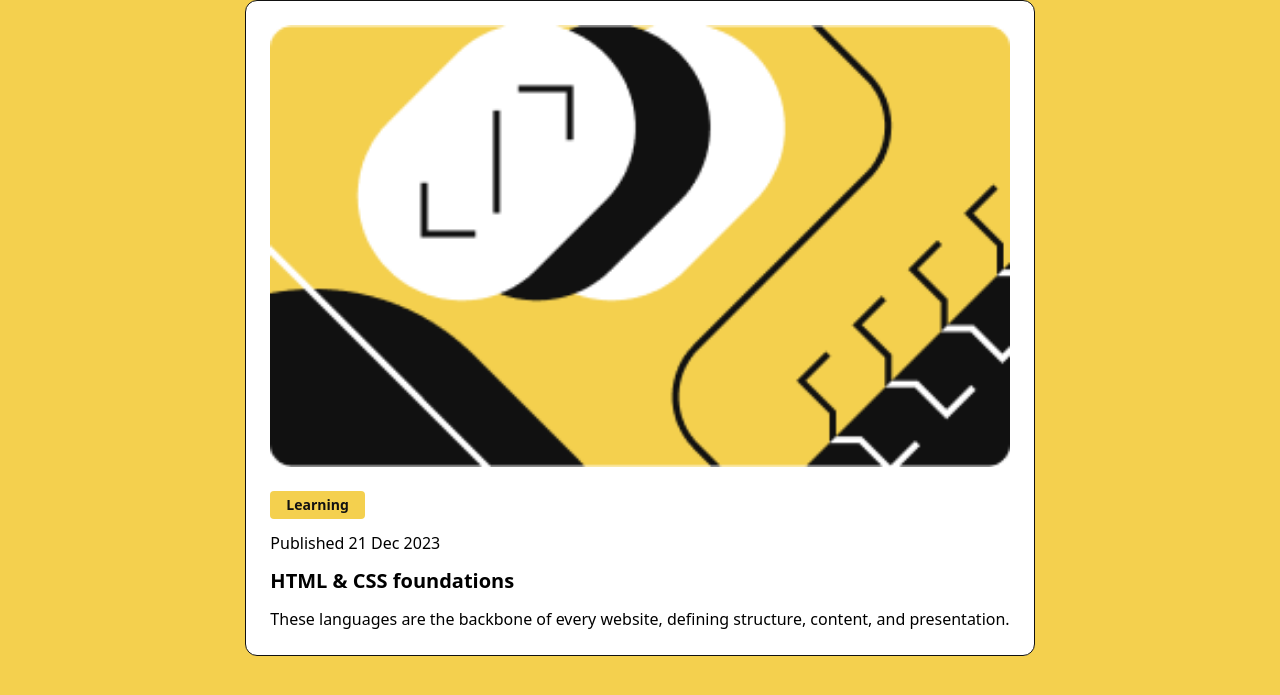
Repository: orcunelektirikci/fe-mentor-blogprev
Page: index.html
An editor plug-in stored every save of this project. The page is shown before and after a run of saves, followed by the edit.
The browser window is 1280 px wide. The pictures show the whole page.
Some web libraries are served in a nearby version.

Above is the page before, as saved 2024-04-12 16:54:35.

### index.html
<!DOCTYPE html>
<html lang="en">
<head>
    <meta charset="UTF-8">
    <meta name="viewport" content="width=device-width, initial-scale=1.0">
    <title>Blog Preview</title>
    <link rel="stylesheet" href="assets/css/style.css">
    <script src="https://cdn.tailwindcss.com"></script>

</head>
<body class="bg-yellow flex items-center justify-center">

    <div class="bg-white border-[1px] rounded-xl border-black p-6 flex flex-col space-y-6">
        <img src="assets/img/blogimage.png" alt="">
        <div class="space-y-3">
            <button class="bg-yellow rounded font-semibold text-black text-sm py-1 px-4 max-w-min" type="button">Learning</button>
            <p class="text-md">Published 21 Dec 2023</p>
            <h2 class="font-bold text-xl">HTML & CSS foundations</h2>
            <p>These languages are the backbone of every website, defining structure, content, and presentation.</p>
        </div>

    </div>

    <script src="/assets/js/main.js"></script>
</body>
</html>

### assets/css/style.css
@layer base {
    @font-face {
        font-family: 'Outfit';
        font-optical-sizing: auto;
        src: url('https://fonts.googleapis.com/css2?family=Figtree:ital,wght@0,300..900;1,300..900&display=swap');
    }
}

### assets/js/main.js
   tailwind.config = {
      theme: {
        fontFamily: {
          body: 'Figtree, sans-serif'
        },
        extend: {
          colors: {
            black: '#111',
            yellow: '#F4D04E',
            grey: '#7F7F7F',
            white: '#fff'
          }
        }
      }
    }

After the next 2 saves:
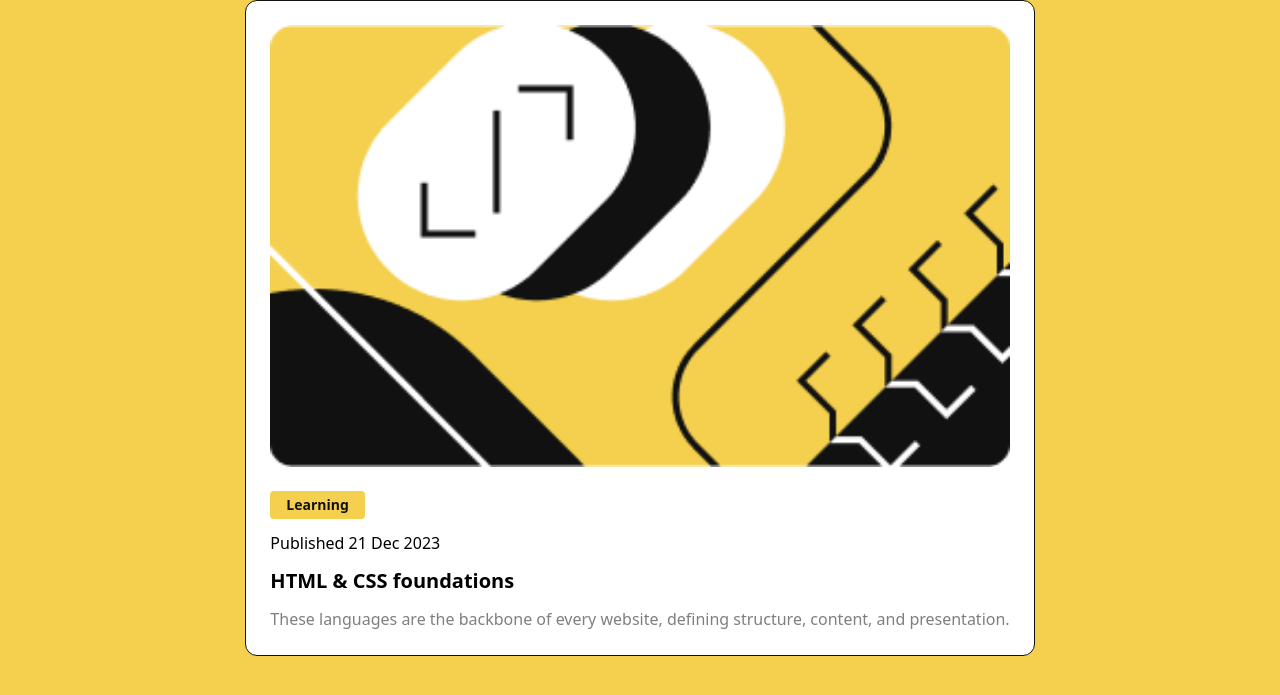
The 2 saves are shown as one change because they came seconds apart.
The last was saved 9 s later.
--- a/index.html
+++ b/index.html
@@ -16,7 +16,7 @@
             <button class="bg-yellow rounded font-semibold text-black text-sm py-1 px-4 max-w-min" type="button">Learning</button>
             <p class="text-md">Published 21 Dec 2023</p>
             <h2 class="font-bold text-xl">HTML & CSS foundations</h2>
-            <p>These languages are the backbone of every website, defining structure, content, and presentation.</p>
+            <p class="text-grey">These languages are the backbone of every website, defining structure, content, and presentation.</p>
         </div>
 
     </div>
